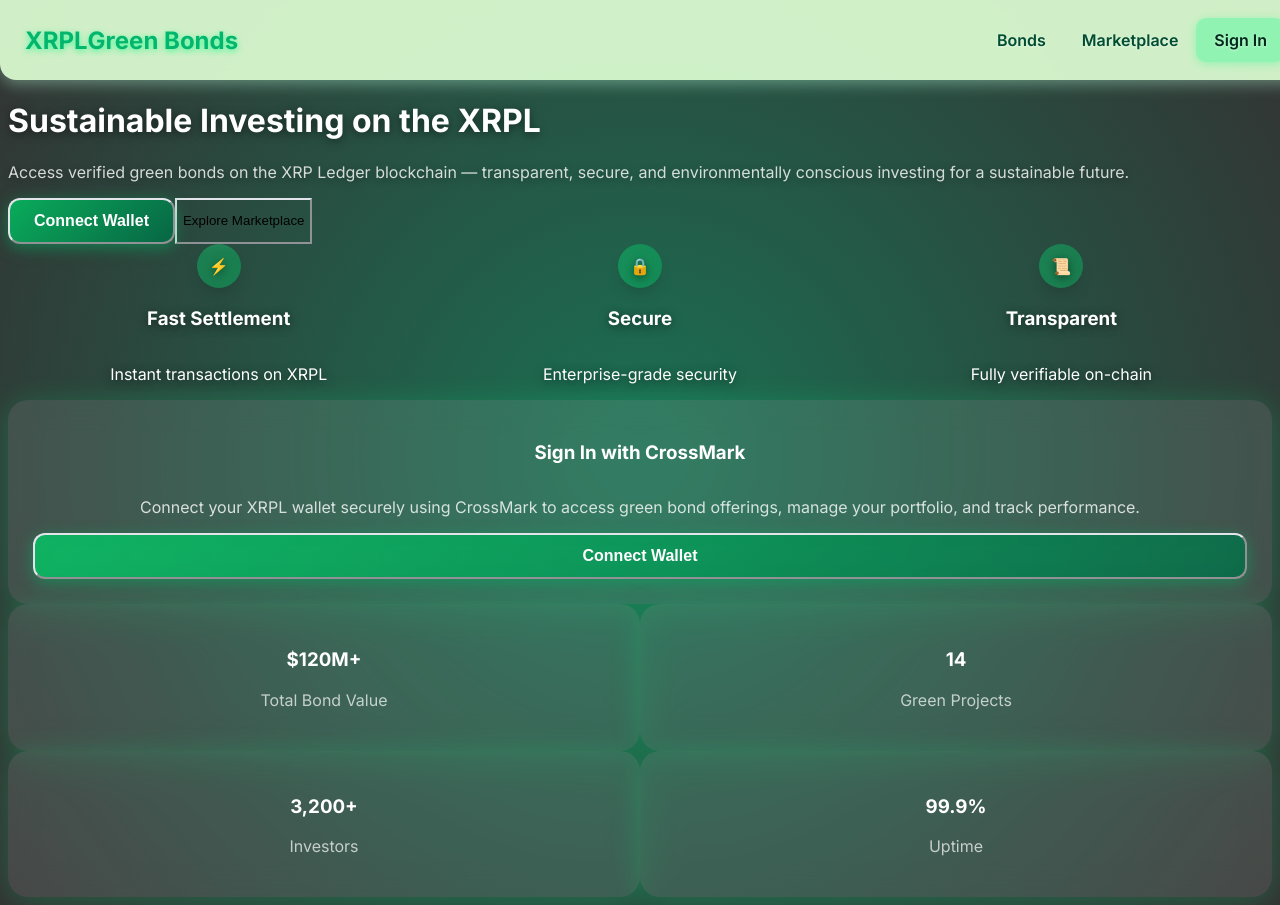
Repository: pbryzek/hackathon-xrpl
Page: / (app in frontend/)
These files come from the project's save history. The page is drawn as it stood at one moment and after a run of saves; the edit follows.
The browser window is 1280 px wide. The pictures show the whole page.
The project was rebuilt for these pictures with package versions that can differ from the ones it lists, and the page was loaded fresh each time. Also part of the build but not shown: frontend/vite.config.ts, frontend/src/services/bondService.ts, frontend/src/pages/BondSelection.tsx, frontend/src/lib/utils.ts, frontend/src/components/ui/button.tsx, frontend/src/components/ui/input.tsx, frontend/src/components/ui/label.tsx, frontend/src/components/ui/tabs.tsx and 15 more.

Above is the page before, as saved 2025-03-15 12:47:42.

After the next 2 saves:
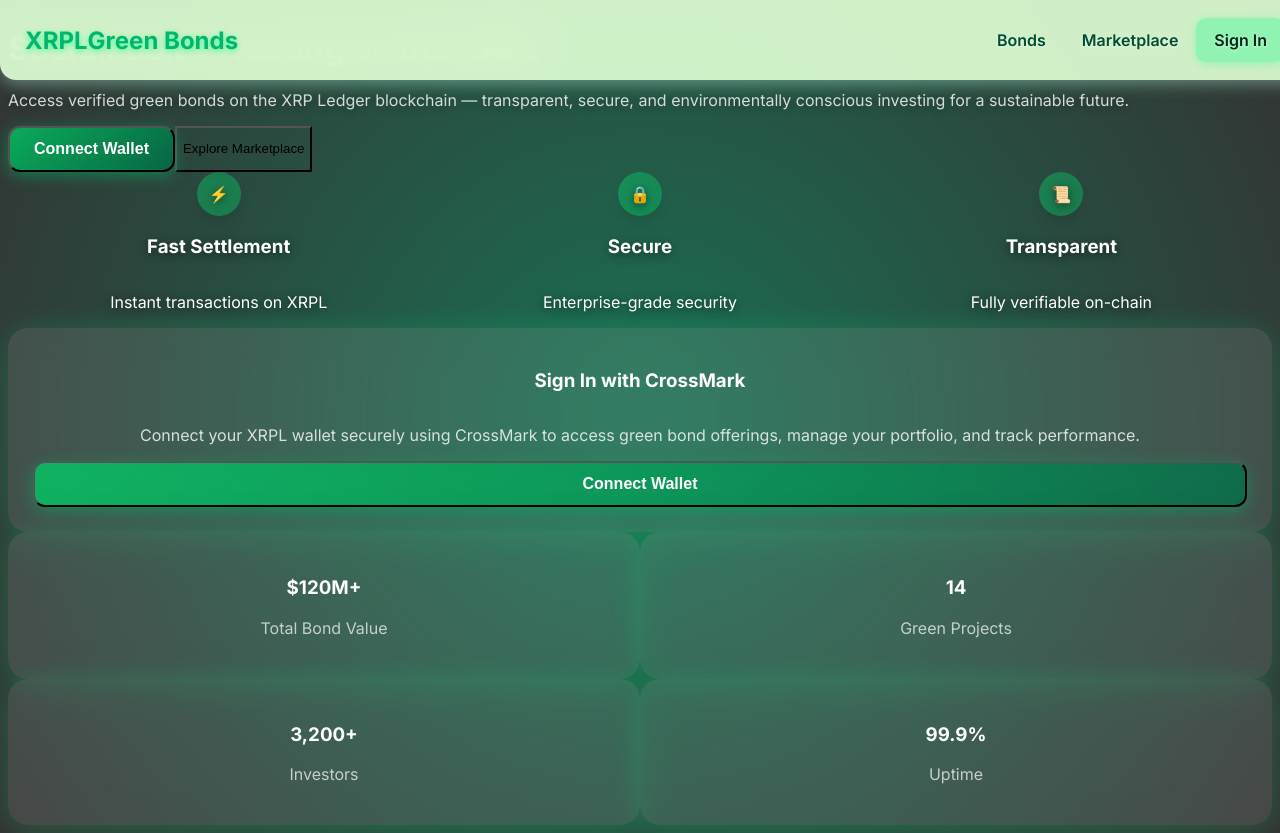
The 2 saves are shown as one change because 1 did not build or start.
The last was saved 95 s later.
--- a/frontend/src/index1.css
+++ b/frontend/src/index1.css
@@ -35,28 +35,6 @@
     --radius: 0.5rem;
   }
 
-  @layer base {
-    body {
-      background: radial-gradient(circle, rgba(2, 96, 64, 0.9) 0%, rgba(0, 0, 0, 0.8) 100%);
-      color: white;
-      font-family: "Inter", sans-serif;
-      margin-top: 80px; /* Ensures space below the fixed header */
-    }
-  }
-
-  /* .header {
-    background: rgba(221, 253, 211, 0.931);
-    backdrop-filter: blur(20px);
-    box-shadow: 0 4px 15px rgba(187, 253, 220, 0.4);
-    padding: 18px 25px;
-    border-radius: 0 0 16px 16px;
-    position: fixed;
-    top: 0;
-    left: 0;
-    width: 100%;
-    z-index: 50;
-  }
-   */
   .dark {
     --background: 222.2 84% 4.9%;
     --foreground: 210 40% 98%;
@@ -89,13 +67,12 @@
 }
 
 @layer base {
-  * {
-    border-color: hsl(var(--border));
+  /* * {
+    @apply border-border;
   }
   body {
-    background-color: hsl(var(--background));
-    color: hsl(var(--foreground));
-  }
+    @apply bg-background text-foreground;
+  } */
 }
 
 @keyframes float {

After the save that followed:
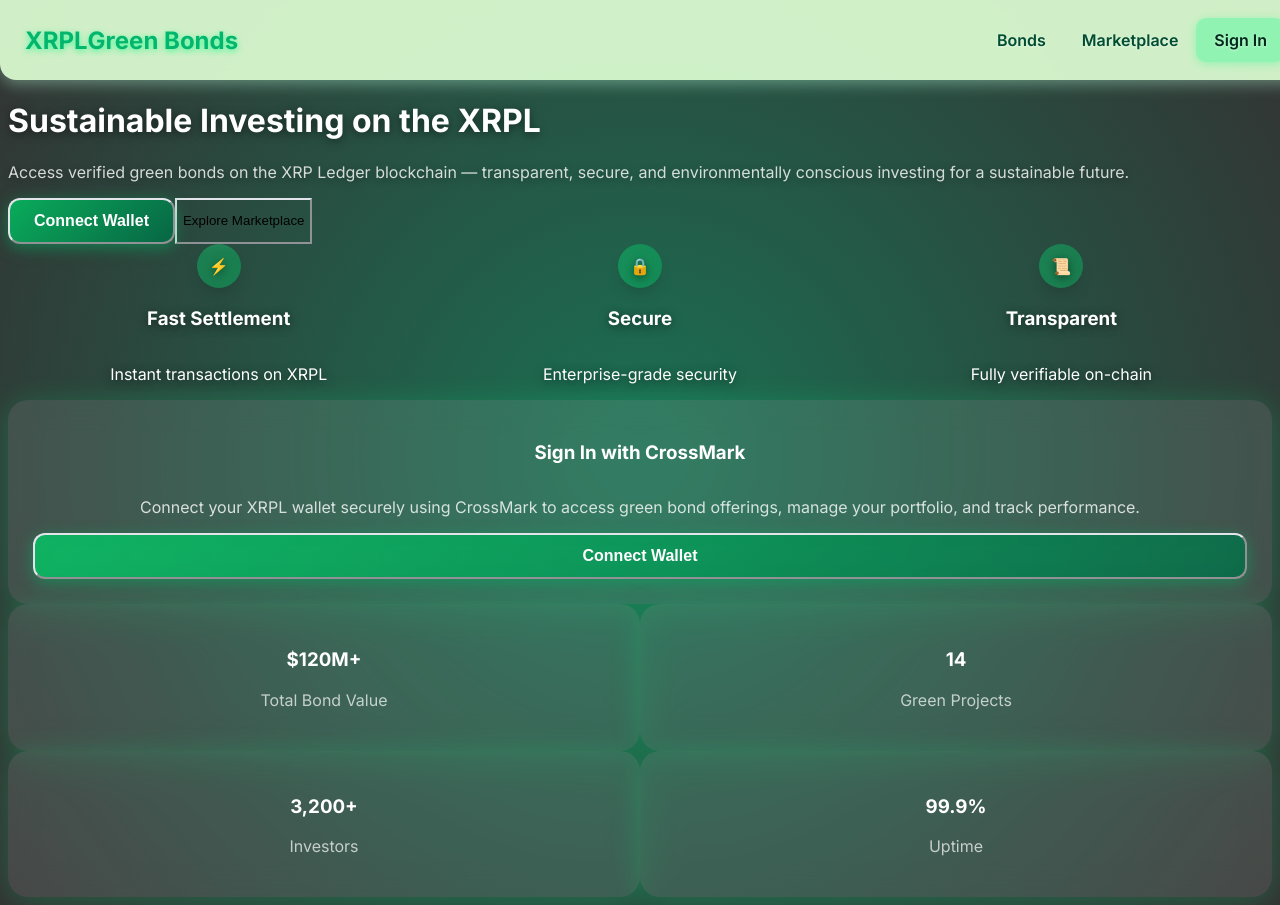
Saved 17 s later.
--- a/frontend/src/index1.css
+++ b/frontend/src/index1.css
@@ -35,6 +35,28 @@
     --radius: 0.5rem;
   }
 
+  @layer base {
+    body {
+      background: radial-gradient(circle, rgba(2, 96, 64, 0.9) 0%, rgba(0, 0, 0, 0.8) 100%);
+      color: white;
+      font-family: "Inter", sans-serif;
+      margin-top: 80px; /* Ensures space below the fixed header */
+    }
+  }
+
+  /* .header {
+    background: rgba(221, 253, 211, 0.931);
+    backdrop-filter: blur(20px);
+    box-shadow: 0 4px 15px rgba(187, 253, 220, 0.4);
+    padding: 18px 25px;
+    border-radius: 0 0 16px 16px;
+    position: fixed;
+    top: 0;
+    left: 0;
+    width: 100%;
+    z-index: 50;
+  }
+   */
   .dark {
     --background: 222.2 84% 4.9%;
     --foreground: 210 40% 98%;
@@ -67,12 +89,13 @@
 }
 
 @layer base {
-  /* * {
-    @apply border-border;
+  * {
+    border-color: hsl(var(--border));
   }
   body {
-    @apply bg-background text-foreground;
-  } */
+    background-color: hsl(var(--background));
+    color: hsl(var(--foreground));
+  }
 }
 
 @keyframes float {
